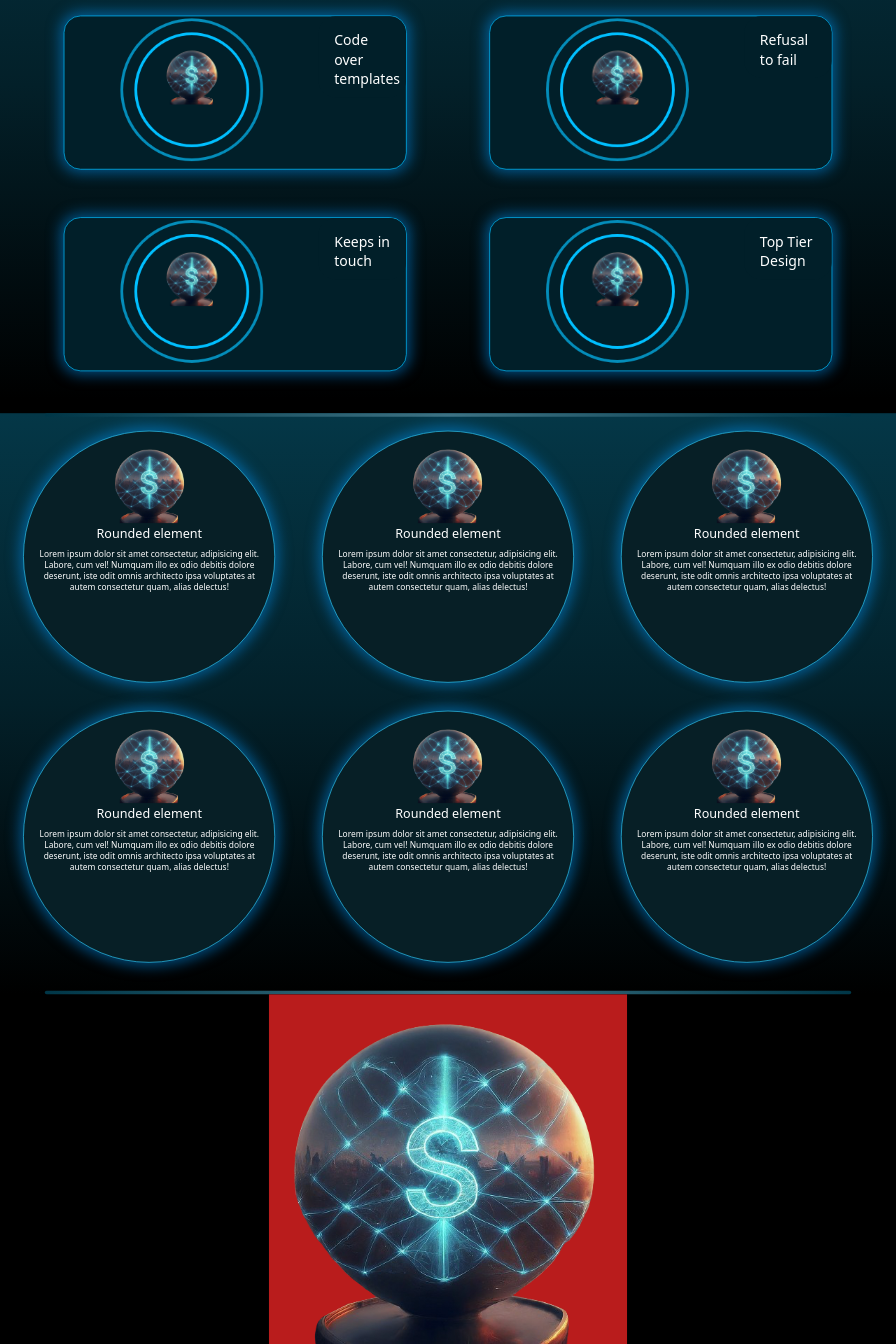
Repository: TMuse333/q3-desings2
Page: /
These files come from the project's save history. The page is drawn as it stood at one moment and after the next save; the edit follows.
The browser window is 1280 px wide. The pictures show the part of the page from y = 1046 to 2966 px (the page is 2966 px tall), at 70% of full size.
The project was rebuilt for these pictures with package versions that can differ from the ones it lists, and the page was loaded fresh each time. Also part of the build but not shown: vite.config.ts.

Above is the page before, as saved 2024-05-11 13:42:31.

After the next save:
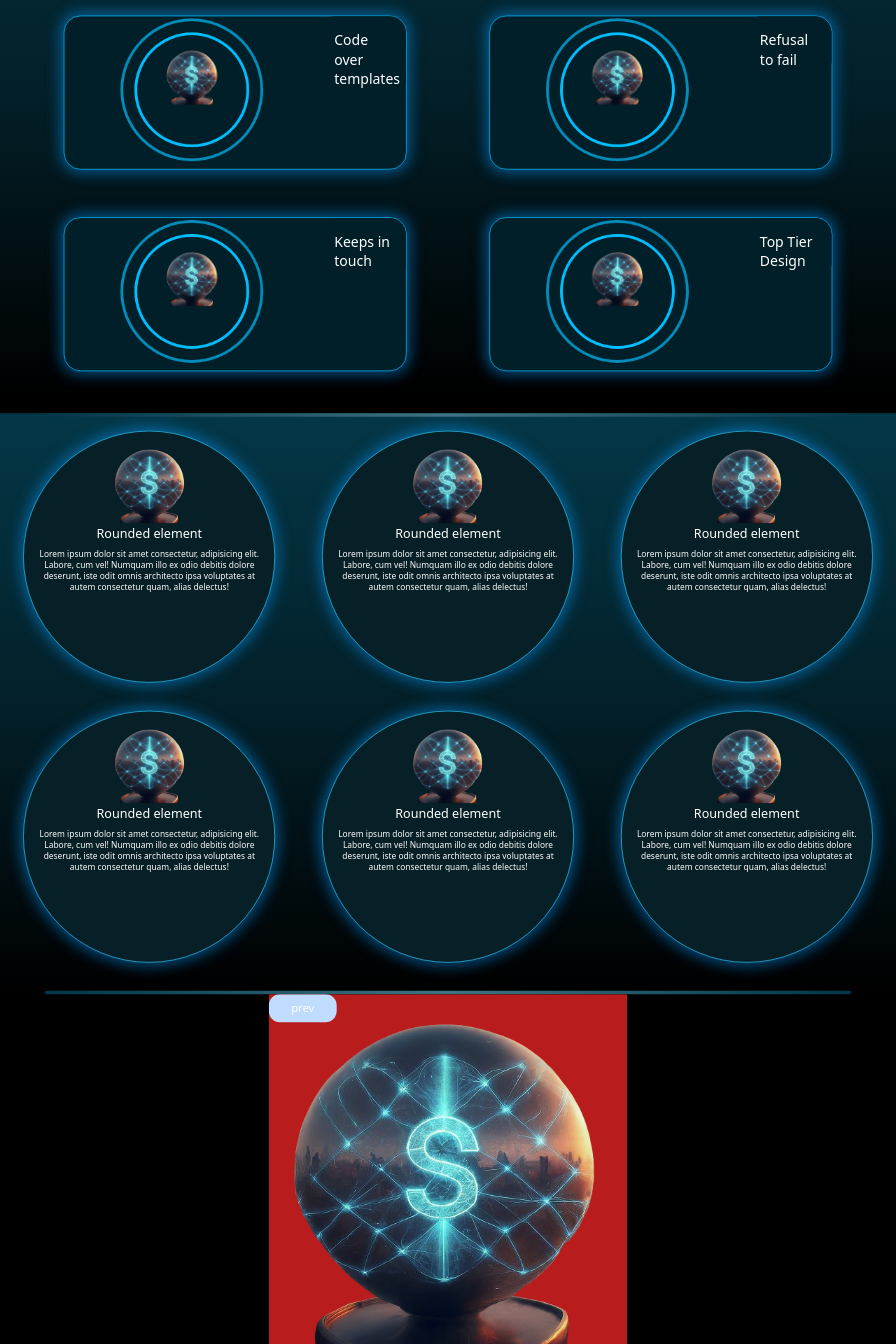
Saved 4 s later.
--- a/src/components/carousel/carousel.tsx
+++ b/src/components/carousel/carousel.tsx
@@ -23,6 +23,11 @@ const Carousel:React.FC<CarouselProps> = ({images}) =>{
                     }}
                     />
                 ))}
+                    <div className='absolute'>
+                <button className='bg-blue-200'>
+                    prev
+                </button>
+            </div>
             </div>
 
 
